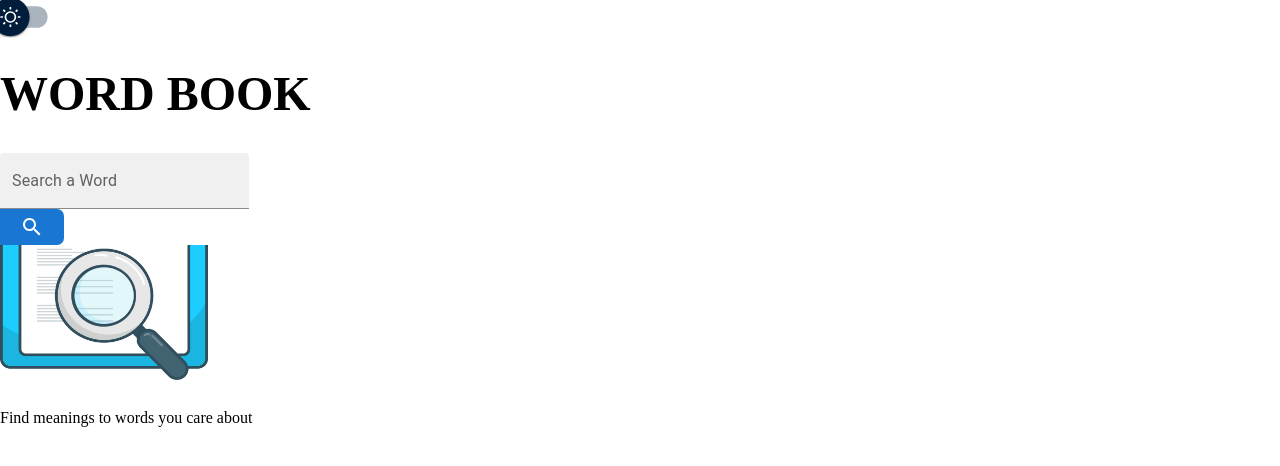
Repository: marveldev/my-dictionary
Page: /
These files come from the project's save history. The page is drawn as it stood at one moment and after the next save; the edit follows.
The browser window is 1280 px wide. The pictures show the whole page.
The project was rebuilt for these pictures with package versions that can differ from the ones it lists, and the page was loaded fresh each time. Also part of the build but not shown: src/components/themeSwitcher/MUISwitch.jsx.

Above is the page before, as saved 2022-05-22 17:53:16.

### public/index.html
<!DOCTYPE html>
<html lang="en">
  <head>
    <meta charset="utf-8" />
    <meta name="viewport" content="width=device-width, initial-scale=1" />
    <meta name="theme-color" content="#000000" />
    <meta name="description" content="Web site created using create-react-app" />
    <link rel="stylesheet" href="./bootstrap.css" />
    <link rel="apple-touch-icon" href="./icon-192x192.png" />
    <link rel="icon" href="./icon-192x192.png" />
    <link rel="manifest" href="./manifest.json" />
    <title>My Dictionary</title>
  </head>
  <body>
    <noscript>You need to enable JavaScript to run this app.</noscript>
    <div id="root"></div>
  </body>
</html>

### src/index.js
import React from 'react'
import ReactDOM from 'react-dom'
import App from './App'
import swDev from './swDev'
import './index.css'

ReactDOM.render(
  <React.StrictMode>
    <App />
  </React.StrictMode>,
  document.getElementById('root')
)
swDev()

### src/App.js
import { useState } from 'react'
import { createTheme } from '@mui/material'
import { Form, Output, ThemeSwitcher } from './components'

const App = () => {
  const [definitions, setDefinitions] = useState([])
  const [appMode, setAppMode] = useState('online')
  const [isLoading, setIsLoading] = useState(null)

  const storedTheme = localStorage.getItem('theme') || 'light'
  const [theme, setTheme] = useState(storedTheme)

  const themePalette = createTheme({
    palette: {
      mode: theme,
    },
  })

  return (
    <div className={`${theme} app`}>
      <div className="top-column top-0 w-100 pb-4">
        <ThemeSwitcher setTheme={setTheme} theme={theme} themePalette={themePalette} />
        <h1 className="text-center">{definitions?.word || 'WORD BOOK'}</h1>
        <Form
          setDefinitions={setDefinitions}
          themePalette={themePalette}
          setAppMode={setAppMode}
          setIsLoading={setIsLoading}
        />
      </div>

      <Output definitions={definitions} appMode={appMode} isLoading={isLoading} />
    </div>
  )
}

export default App

### src/swDev.js
export default function swDev() {
  let swUrl = `${process.env.PUBLIC_URL}/sw.js`
  navigator.serviceWorker.register(swUrl).then(response => {
    console.warn("response", response)
  })
}

### src/index.css
body {
  margin: 0;
}

.app {
  width: 100%;
  height: 100vh;
  transition: all 0.5s linear 0s;
  overflow: auto;
}

.app::-webkit-scrollbar {
  display: none;
}

.top-column {
  position: fixed;
  background: #fff;
  z-index: 1;
  transition: all 0.5s linear 0s;
}

h1 {
  font-size: 3em;
  font-family: 'Montserrat light', serif;
}

.form {
  width: 80%;
}

#searchButton {
  border-radius: 0 0.5em 0.5em 0;
  box-shadow: none;
}

.output {
  margin: 11.3em auto 0;
  padding-bottom: 1em;
}

.search-illustration {
  width: 13em;
  height: 13em;
  object-fit: contain;
}

.definition-header {
  padding: 1em 2em;
  font-family: 'Montserrat Medium', serif;
}

.volume-icon {
  transform: scale(1.8);
  color: #000;
}

.definitions-wrapper {
  width: 80%;
  background: #f0f0f0;
}

.definition {
  background: #3b5360;
}

button:active {
  transform: translateY(0.2em);
}

.dark {
  background: #282c34;
  color: #fff;
}

.dark #searchButton {
  background: #1174ff;
  color: #fff;
}

.dark .top-column {
  background: #282c34;
}

.dark .definitions-wrapper {
  background: #3b3f46;
}

.dark .definition {
  background: #355c6c;
}

.dark .volume-icon {
  color: #fff;
}

@media screen and (max-width: 628px) {
  .form {
    width: 95%;
  }

  .output {
    margin-top: 12em;
  }

  .definition-header {
    padding: 0.5em 0;
  }

  .definitions-wrapper {
    width: 95%;
    padding: 0 1em;
  }
}

### src/components/index.js
export { default as Form } from './form/Form'
export { default as Output } from './output/Output'
export { default as ThemeSwitcher } from './themeSwitcher/ThemeSwitcher'

### src/components/form/Form.jsx
import { useState } from 'react'
import debounce from 'lodash.debounce'
import wordList from 'word-list-json'
import { TextField, ThemeProvider, Autocomplete, Button } from '@mui/material'
import SearchIcon from '@mui/icons-material/Search'

const Form = ({ setDefinitions, themePalette, setIsLoading, setAppMode }) => {
  const [filteredWords, setFilteredWords] = useState([])
  const [word, setWord] = useState('')

  const url = `https://api.dictionaryapi.dev/api/v2/entries/en/${word}`

  const doWordFilter = debounce(value => {
    if(value.trim().length >= 1) {
      const wordFilter = wordList?.filter(word => word.startsWith(value.toLowerCase())).slice(0, 30)
      setFilteredWords(wordFilter)
    } else {
      setFilteredWords([])
      setWord('')
      setDefinitions([])
    }
  }, 300)

  const fetchDefinition = async event => {
    event?.preventDefault()
    if (word.trim().length >= 1) {
      setIsLoading(true)

      try {
        const response = await fetch(url)
        const data = await response.json()
        if (data) {
          setIsLoading(null)
          setDefinitions(data[0])
          setAppMode('online')
        }
      } catch (error) {
        setAppMode('offline')
        setDefinitions([])
      }
    }
  }

  return (
    <ThemeProvider theme={themePalette}>
      <>
        <Autocomplete
          freeSolo
          disableClearable
          options={filteredWords.map(word => word)}
          onChange={(event, value) =>
            setWord(value)
          }
          renderInput={params =>
            <form
              className="form d-flex m-auto"
              onSubmit={event => fetchDefinition(event)}
            >
              <TextField
                {...params}
                variant="filled"
                label="Search a Word"
                onChange={event => doWordFilter(event.target.value)}
              />
              <Button type="submit" variant="contained" id="searchButton">
                <SearchIcon />
              </Button>
            </form>
          }
        />
      </>
    </ThemeProvider>
  )
}

export default Form

### src/components/output/Output.jsx
import { IconButton } from '@mui/material'
import VolumeUpIcon from '@mui/icons-material/VolumeUp'
import { searchIllustration, loader } from '../assets'

const Output = ({ definitions, isLoading, appMode }) => {
  const playWord = (url) => {
    const audio = new Audio(url)
    audio?.play()
  }

  return (
    <div className="output">
      {isLoading && appMode === 'online' && (
        <div className="text-center">
          <img src={loader} alt="loading" />
        </div>
      )}

      {!isLoading && (
        <>
          {!definitions && (
            <div className="text-center fs-4 px-4">
              😞 we couldn't find definitions for the word you are looking for.
            </div>
          )}

          {definitions?.length <= 0 && (
            <div className="text-center">
              <img src={searchIllustration} className="search-illustration" alt="search illustration" />
              <p>Find meanings to words you care about</p>
            </div>
          )}

          {definitions?.meanings && (
            <div className="definitions-wrapper m-auto pb-4 rounded">
              <div className="definition-header d-flex align-items-center gap-3">
                {definitions.phonetics[0]?.audio && (
                  <IconButton onClick={() => playWord(definitions.phonetics[0]?.audio)}>
                    <VolumeUpIcon className="volume-icon" />
                  </IconButton>
                )}
                <div>
                  <p className="m-0 fs-5">{definitions?.word}</p>
                  {definitions?.phonetic && <p className="m-0">{definitions?.phonetic}</p>}
                </div>
              </div>
              <ul className="mx-lg-5 ps-0">
                {definitions?.meanings.map((meaning, index) => (
                  <li key={index}>
                    <p>"partOfSpeech": {meaning.partOfSpeech}</p>
                    {meaning.definitions?.map((data, index) => (
                      <div key={index} className="definition text-white rounded p-2 mb-3">
                        <p className="fw-bold">{data.definition}</p>
                        <p>
                          <span className="me-2 fw-bold">Example:</span>
                          {data.example}
                        </p>
                        <p className="mb-0">
                          <span className="me-2 fw-bold">Synonyms:</span>
                          {data.synonyms.join(', ')}
                        </p>
                      </div>
                    ))}
                  </li>
                ))}
              </ul>
            </div>
          )}
        </>
      )}

      {appMode === 'offline' && (
        <div className="text-center fs-4">😞 you are in offline mode or some issue with connection.</div>
      )}
    </div>
  )
}

export default Output

### src/components/themeSwitcher/ThemeSwitcher.jsx
import { FormControlLabel } from '@mui/material'
import { MaterialUISwitch } from './MUISwitch'

const ThemeSwitcher = ({ theme, setTheme, themePalette }) => {
  const switchTheme = () => {
    const currentTheme = theme === 'dark' ? 'light' : 'dark'
    setTheme(currentTheme)
    localStorage.setItem('theme', currentTheme)
  }

  return (
    <div className="text-end mx-lg-4 mt-2">
      <FormControlLabel
        label=""
        control={
          <MaterialUISwitch
            theme={themePalette}
            onChange={switchTheme}
            checked={theme === 'dark' && true}
            aria-label="switch theme"
          />
        }
      />
    </div>
  )
}

export default ThemeSwitcher

### src/components/assets/index.js
export { default as searchIllustration } from './searchIllustration.png'
export { default as loader } from './loader.svg'

### public/bootstrap.css
npm i --save-dev @types/word-list-json

Loaded but not shown: public/bootstrap.min.css (library)

After the next save:
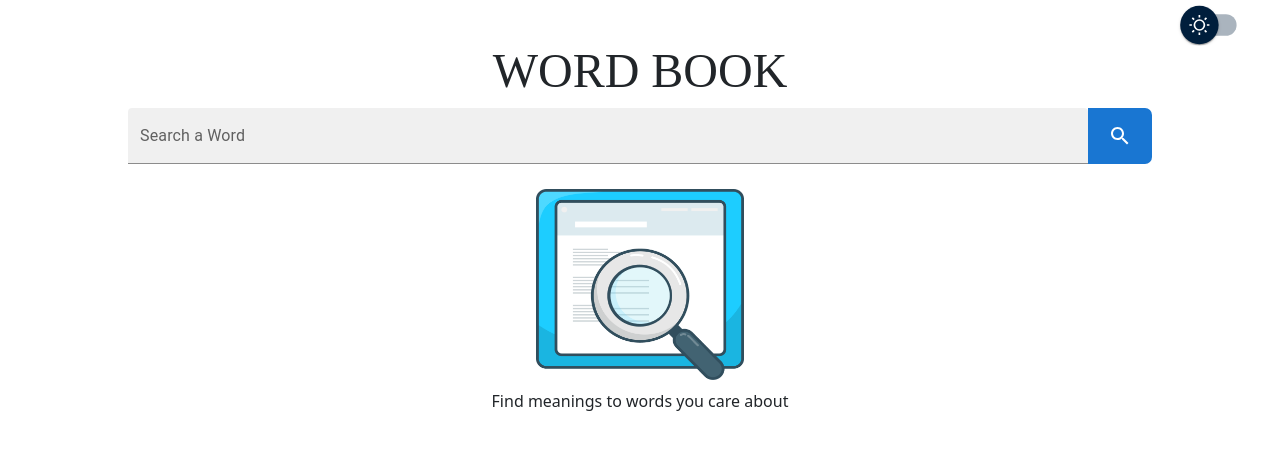
Saved 4 s later.
--- a/public/index.html
+++ b/public/index.html
@@ -5,7 +5,7 @@
     <meta name="viewport" content="width=device-width, initial-scale=1" />
     <meta name="theme-color" content="#000000" />
     <meta name="description" content="Web site created using create-react-app" />
-    <link rel="stylesheet" href="./bootstrap.css" />
+    <link rel="stylesheet" href="./bootstrap.min.css" />
     <link rel="apple-touch-icon" href="./icon-192x192.png" />
     <link rel="icon" href="./icon-192x192.png" />
     <link rel="manifest" href="./manifest.json" />
